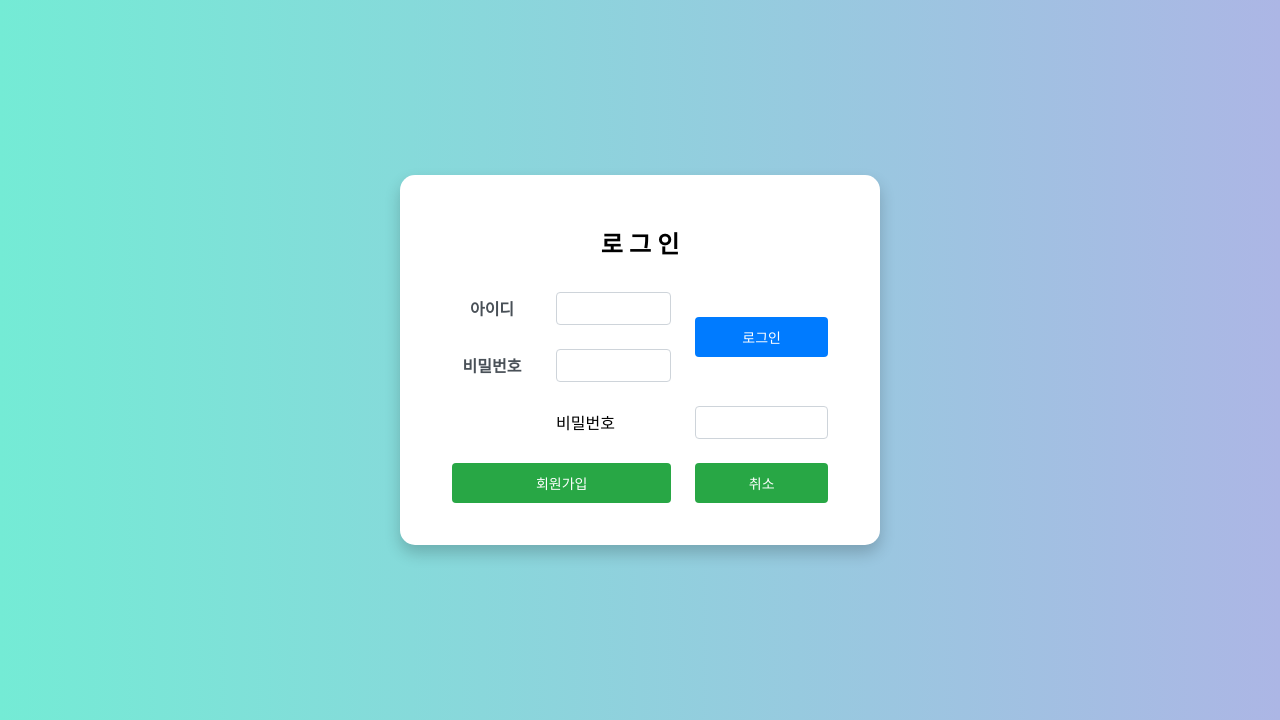
Repository: 1plus1equals3-true/Board-Project
Page: http://localhost/jsp/member/Login.jsp
These files come from the project's save history. The page is drawn as it stood at one moment and after the next save; the edit follows.
The browser window is 1280 px wide. The pictures show the whole page.
The page is served by Tomcat 9. Other server files are loaded and not shown.

Above is the page before, as saved 2025-09-24 07:37:27.

### jsp/src/main/webapp/member/Login.jsp
<%@ page language="java" contentType="text/html; charset=UTF-8"
    pageEncoding="UTF-8"%>
<%@ page import="java.util.Date" %>
<%@ page import="java.text.SimpleDateFormat" %>
<!DOCTYPE html>
<html>
<head>
<meta charset="UTF-8">
<title>로그인</title>
<style>
body {
        font-family: 'Segoe UI', Tahoma, Geneva, Verdana, sans-serif;
        background: linear-gradient(to right, #74ebd5, #ACB6E5);
        margin: 0;
        padding: 0;
        display: flex;
        justify-content: center;
        align-items: center;
        height: 100vh;
    }
    form {
        background-color: white;
        padding: 30px 40px;
        border-radius: 15px;
        box-shadow: 0 8px 16px rgba(0,0,0,0.2);
        width: 400px;
        animation: fadeIn 0.8s ease-in-out;
    }
    @keyframes fadeIn {
        from { opacity: 0; transform: translateY(-20px); }
        to { opacity: 1; transform: translateY(0); }
    }
.login-form {
    justify-content: center;
    align-items: center;
    margin: 50px auto;
}

.login-form table {
    width: 100%;
    max-width: 400px;
    border-collapse: collapse;
    background-color: #fff;
    border-radius: 8px;
}

.login-form td {
    padding: 12px;
    text-align: left;
}

.login-form tr td:first-child {
    font-weight: bold;
    color: #495057;
    text-align: center;
    width: 80px;
}

.login-form input[type="text"],
.login-form input[type="password"] {
    width: 100%;
    padding: 8px 10px;
    border: 1px solid #ced4da;
    border-radius: 4px;
    box-sizing: border-box;
}

.login-form input[type="submit"],
.login-form .btn-join {
    width: 100%;
    padding: 10px;
    border: none;
    border-radius: 4px;
    font-size: 14px;
    cursor: pointer;
    transition: background-color 0.3s ease;
    box-sizing: border-box;
}

.login-form input[type="submit"] {
    background-color: #007bff;
    color: white;
    height: 100%;
}

.login-form input[type="submit"]:hover {
    background-color: #0056b3;
}

.login-form .btn-join {
    background-color: #28a745;
    color: white;
}

.login-form .btn-join:hover {
    background-color: #218838;
}

.login-form a {
    text-decoration: none;
    display: block;
    height: 100%;
}
</style>
</head>
<body>



	<form action="Login_proc.jsp" method="post" class="login-form">
		<h2 style="text-align: center;">로 그 인</h2>
		<table>

		<tr>
			<td>아이디</td>
			<td><input type="text" name="loginid"></td>
			<td rowspan="2">
				<input type="submit" value="로그인">
			</td>
		</tr>

		<tr>
			<td>비밀번호</td>
			<td><input type="password" name="loginpass"></td>
		</tr>

		<tr>
			<td></td>
			<td>비밀번호</td>
			<td><input type="password" name="loginpass"></td>
		</tr>

		<tr>
			<td colspan="2"><a href="Join.jsp"><button type="button" class="btn-join">회원가입</button></a></td>
			<td><a href="../board_proc/main_proc.jsp"><button type="button" class="btn-join">취소</button></a></td>
		</tr>

		</table>
	</form>
</body>
</html>

After the next save:
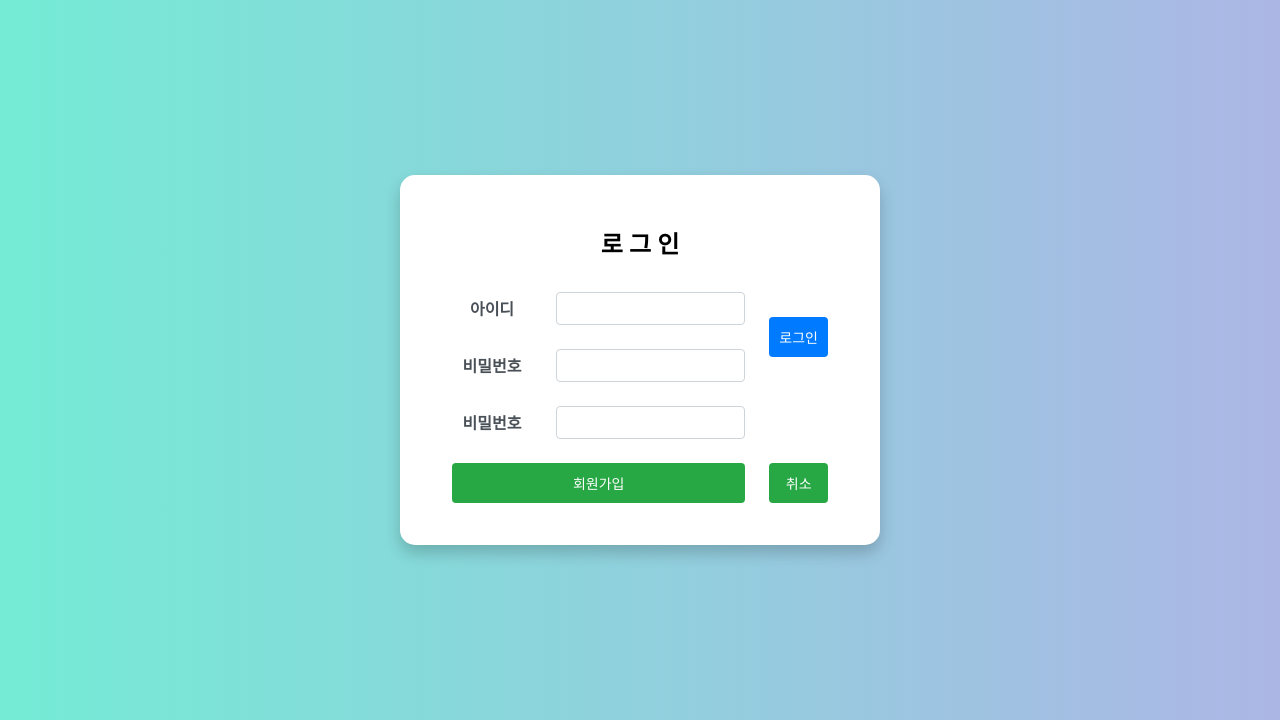
Saved 7 s later.
--- a/jsp/src/main/webapp/member/Login.jsp
+++ b/jsp/src/main/webapp/member/Login.jsp
@@ -125,9 +125,9 @@ body {
 		</tr>
 
 		<tr>
-			<td></td>
 			<td>비밀번호</td>
 			<td><input type="password" name="loginpass"></td>
+			<td></td>
 		</tr>
 
 		<tr>
